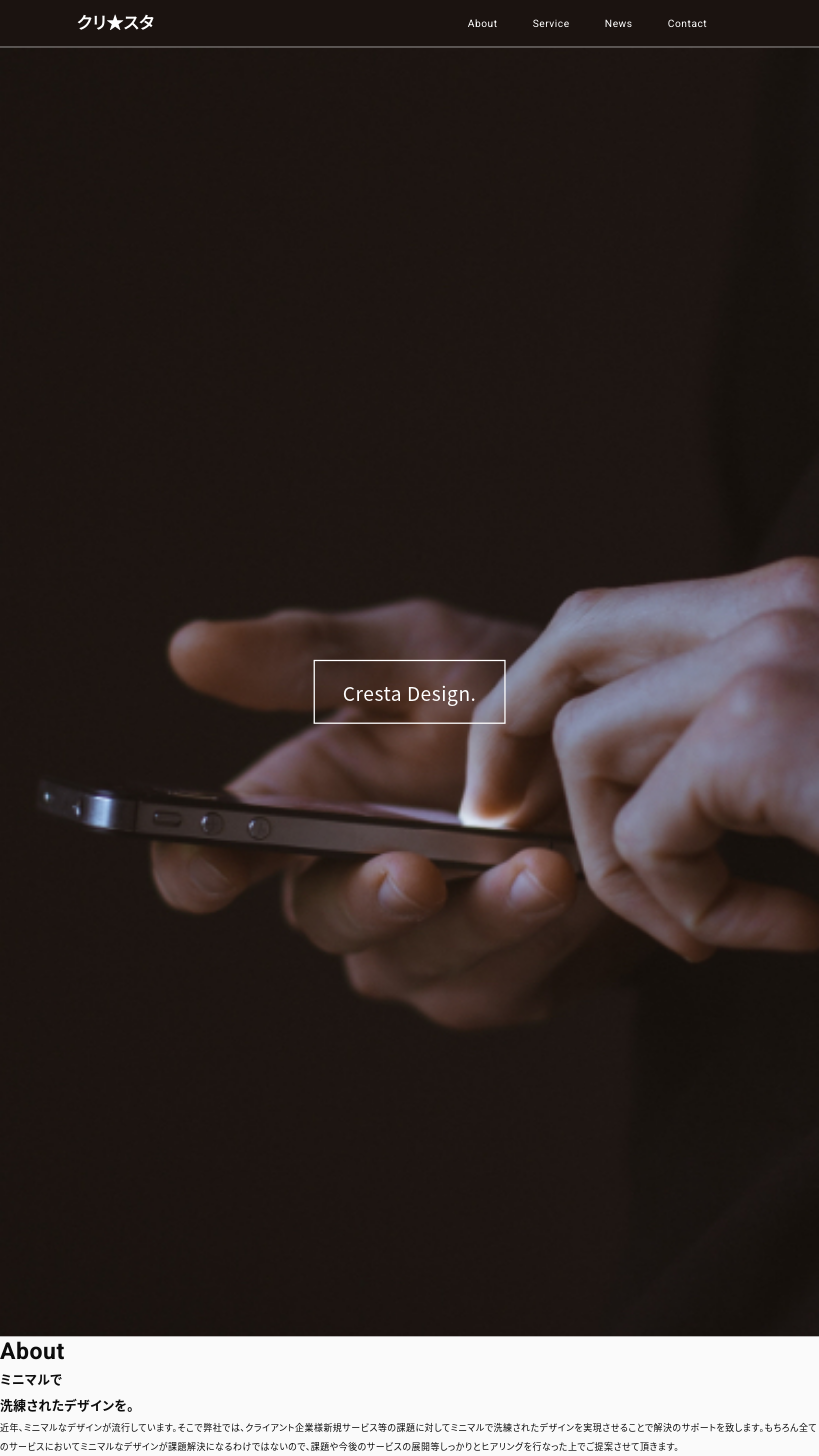
Repository: hatarakimono-kumasan/kurisuta_1st
Page: index.html
An editor plug-in stored every save of this project. The page is shown before and after the next save, followed by the edit.
The browser window is 1280 px wide. The pictures show the whole page, at 64% of full size.
Some web libraries are served in a nearby version. The style sheet was rebuilt from its Sass, Less or Tailwind sources for each picture, by a compiler version that may differ from the author's.

Above is the page before, as saved 2020-05-15 07:28:29.

After the next save:
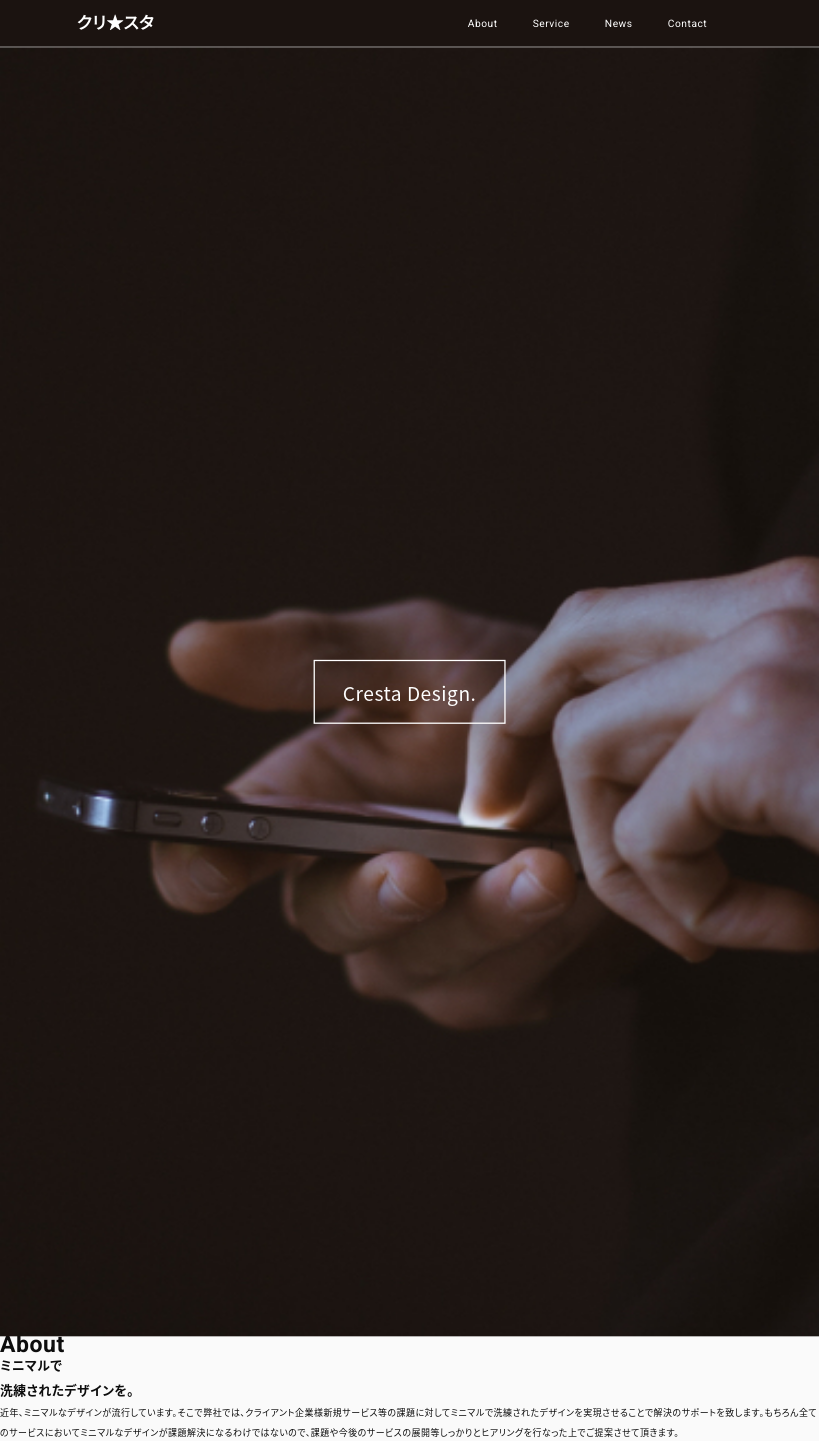
Saved 117 s later.
--- a/scss/foundation/_settings.scss
+++ b/scss/foundation/_settings.scss
@@ -32,19 +32,19 @@ body {
 h1 {
 	font-size: 26px; /* IE8以下とAndroid4.3以下用フォールバック */
 	font-size: 2.6rem;
-	line-height: 1.3;
+	line-height: calc(24 / 36);
 	font-family: Roboto;
 }
 h2 {
 	font-size: 36px; /* IE8以下とAndroid4.3以下用フォールバック */
 	font-size: 3.6rem;
-	line-height: 1.3;
+	line-height: calc(24 / 36);
 	font-family: Roboto;
 }
 h3 {
 	font-size: 20px; /* IE8以下とAndroid4.3以下用フォールバック */
 	font-size: 2rem;
-	line-height: 2;
+	line-height: calc(40 / 20);
 	font-family: "Noto Sans CJK JP";
 }
 p {
